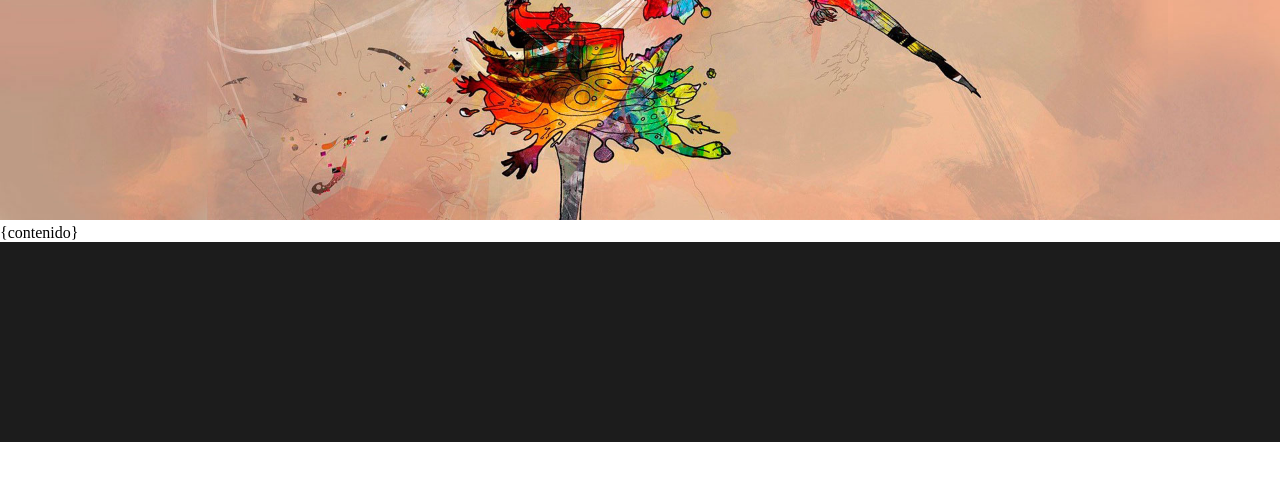
Repository: jluislechado/practicaGaleria
Page: plantillas/_plantillaObras1.html
The author's editor kept a record of every edit. The page is drawn from the files as they stood at one moment, then again after the next edit.
The browser window is 1280 px wide. The pictures show the whole page.

Above is the page before.

### plantillas/_plantillaObras1.html
<!DOCTYPE html>
<html>

    <head>
        <meta charset="utf-8">
        <meta http-equiv="X-UA-Compatible" content="IE=edge">
        <title>GALERIAS.COM</title>
        <link rel="stylesheet" href="../estilo/estilo.css">
    </head>
    <body>
        <header>
            <img src="../imagenes/header.jpg" id="cabecera"/>
        </header>
        <div>
            <ul>
                {contenido}
            </ul>
        </div>
        <footer>

        </footer>
    </body>
</html>

### estilo/estilo.css
* {
    vertical-align: baseline;
    font-weight: inherit;
    font-family: inherit;
    font-style: inherit;
    font-size: 100%;
    border: 0 none;
    outline: 0;
    padding: 0;
    margin: 0;
}


#cabecera{
    width: 100%;
}

footer{
    width: 100%;
    height: 200px;
    background-color: #1c1c1c;
}

.contenido{
    height: 300px;
    width: 400px;
    margin: 0 auto;
    margin-top: 50px;
    margin-bottom: 50px;
    border:1px solid #f45907;
    font-family: raleway;
    font-size: 20px;
    color:#424242;
}

.boton{
    width: 300px;
    height: 30px;
    text-align: center;
    margin-left: 50px;
    margin-top: 35px;
    background-color: #f45907;
    color:white;
}

input{
    border:1px solid #bcbcbc;
}

#login{
    margin-left: 40px;
    margin-top: 60px;
}

#ver{
    float: right;
    margin-right: 20px;
    margin-top: 100px;
}

a{
    list-style:none;
    text-decoration:none;
    color:#424242;
}
.contenidoInsertar{
    height: 300px;
    width: 600px;
    margin: 0 auto;
    margin-top: 50px;
    margin-bottom: 50px;
    border:1px solid #f45907;
    font-family: raleway;
    font-size: 20px;
    color:#424242;
}

.list1{
    width:40%;
    margin-left:30%;
    margin-top:30px;
}

.imagenObra1{
    width:100%;
}

.tituloObra1{
    font-family:raleway;
    font-size:30px;
    text-align:center;
}

.descripcionObra1{
    font-family:raleway;
    font-size:15px;
    text-align:justify;
}

li{
    list-style:none;
    text-decoration:none;
}

textarea{
    border:1px solid #bcbcbc;
    margin-left:15px;
    font-size:10px;
}

#bt{
    width:200px;
    height:35px;
    float:right;
    margin-right:15px;
    margin-top:10px;
    background-color:#f45907;
    color:white;
}

#tituloPre{
    width:100%;
    font-family:raleway;
    font-size:25px;
    text-align:center;
}
#capa1{
    width:30%;
    margin-left:10%;
    float:left;
}
#capa2{
    width:30%;
    margin-right:10%;
    float:right;
}
.im{
    width:100%;
}

.list2{
    width:30.5%;
    margin-left:13%;
    float:left;
    margin-top:20px;
}

After the next edit:
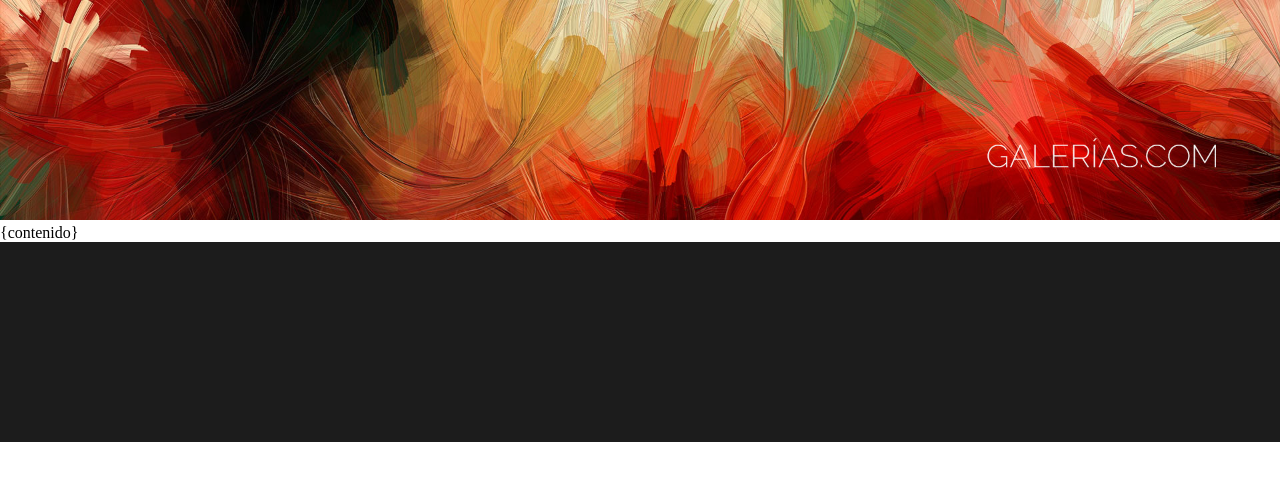
The edit:
--- a/plantillas/_plantillaObras1.html
+++ b/plantillas/_plantillaObras1.html
@@ -9,7 +9,7 @@
     </head>
     <body>
         <header>
-            <img src="../imagenes/header.jpg" id="cabecera"/>
+            <img src="../imagenes/header2.jpg" id="cabecera"/>
         </header>
         <div>
             <ul>
